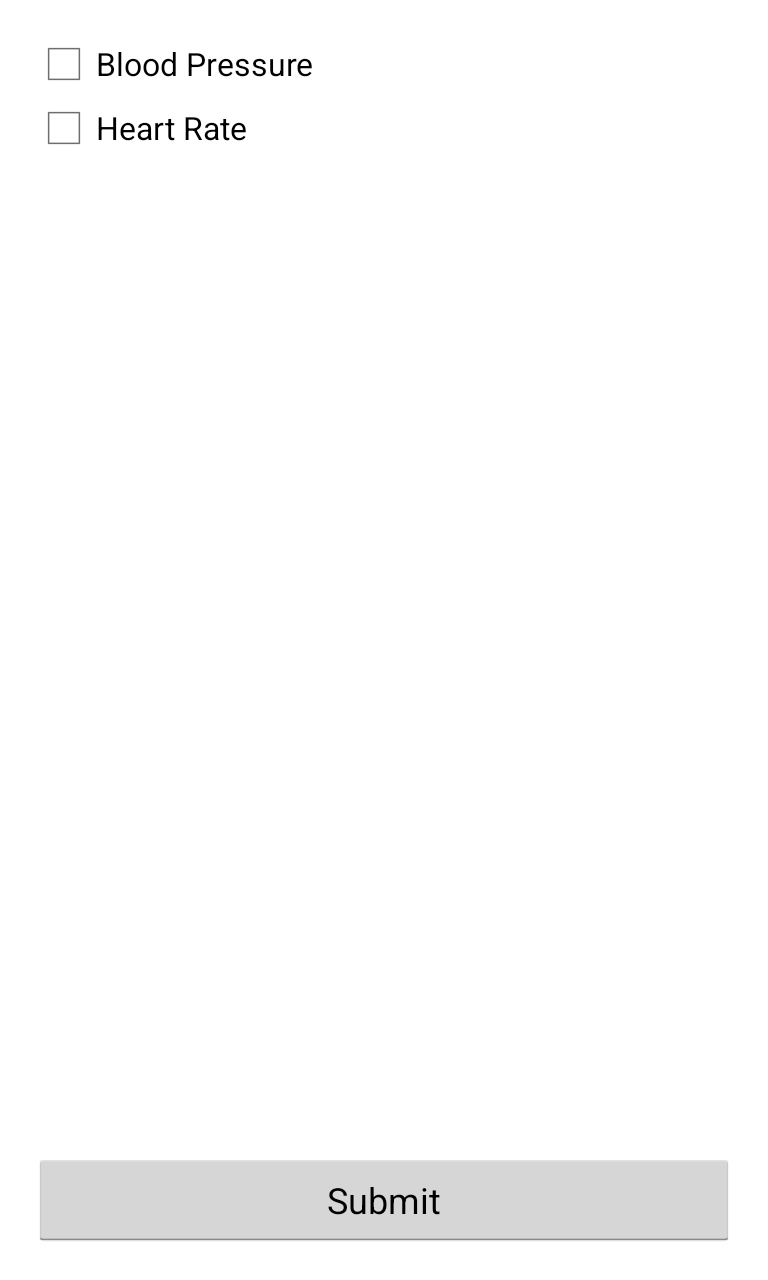
Repository: TigerCheck/TigerCheck
Layout: Android/TigerCheck/res/layout/activity_station_select.xml
These files come from the project's save history. The layout is drawn as it stood at one moment and after the next save; the edit follows.
It is drawn on a 768 x 1280 px phone screen (xhdpi) without system bars, with theme AppTheme; the app's code is not run.

Above is the layout before, as saved 2014-03-30 21:51:59.

### Android/TigerCheck/res/layout/activity_station_select.xml
<RelativeLayout xmlns:android="http://schemas.android.com/apk/res/android"
    xmlns:tools="http://schemas.android.com/tools"
    android:layout_width="fill_parent"
    android:layout_height="fill_parent"
    android:orientation="horizontal"
    android:paddingBottom="@dimen/activity_vertical_margin"
    android:paddingLeft="@dimen/activity_horizontal_margin"
    android:paddingRight="@dimen/activity_horizontal_margin"
    android:paddingTop="@dimen/activity_vertical_margin"
    tools:context=".StationSelect" >

    <TextView
        android:id="@+id/textView1"
        android:layout_width="wrap_content"
        android:layout_height="wrap_content" />

	<LinearLayout android:id="@+id/EmbeddedLayout"
	    android:layout_width="fill_parent"
	    android:layout_height="fill_parent"
	    android:orientation="vertical" >

    	<CheckBox
        	android:id="@+id/checkbox_blood_pressure"
        	android:layout_width="wrap_content"
        	android:layout_height="wrap_content"
        	android:text="@string/checkbox_blood_pressure"
        	android:onClick="onCheckboxClick"/>

    	<CheckBox
        	android:id="@+id/checkbox_heart_rate"
        	android:layout_width="wrap_content"
        	android:layout_height="wrap_content"
        	android:text="@string/checkbox_heart_rate"
        	android:onClick="onCheckboxClick" />

    </LinearLayout>

    <Button
        android:layout_width="match_parent"
        android:layout_height="wrap_content"
        android:layout_alignParentBottom="true"
        android:gravity="center"
        android:onClick="submitButtonPress"
        android:text="@string/submit_button" />

</RelativeLayout>

### Android/TigerCheck/res/values/strings.xml
<?xml version="1.0" encoding="utf-8"?>
<resources>

    <string name="app_name">TigerCheck</string>
    <string name="action_settings">Settings</string>
    <string name="hello_world">Hello world!</string>
    <string name="welcome_message">Welcome to TigerCheck</string>
    <string name="submit_button">Submit</string>
    <string name="continue_button">Continue</string>
    <string name="title_activity_station_select">StationSelect</string>

    <!-- StationSelect checkbox options -->
    <string name="checkbox_blood_pressure">Blood Pressure</string>
    <string name="checkbox_heart_rate">Heart Rate</string>

</resources>

Loaded but not shown: Android/TigerCheck/res/values/styles.xml (common file); Android/TigerCheck/res/values-v11/styles.xml (common file); Android/TigerCheck/res/values-v14/styles.xml (common file); Android/TigerCheck/res/values/dimens.xml (common file)

After the next save:
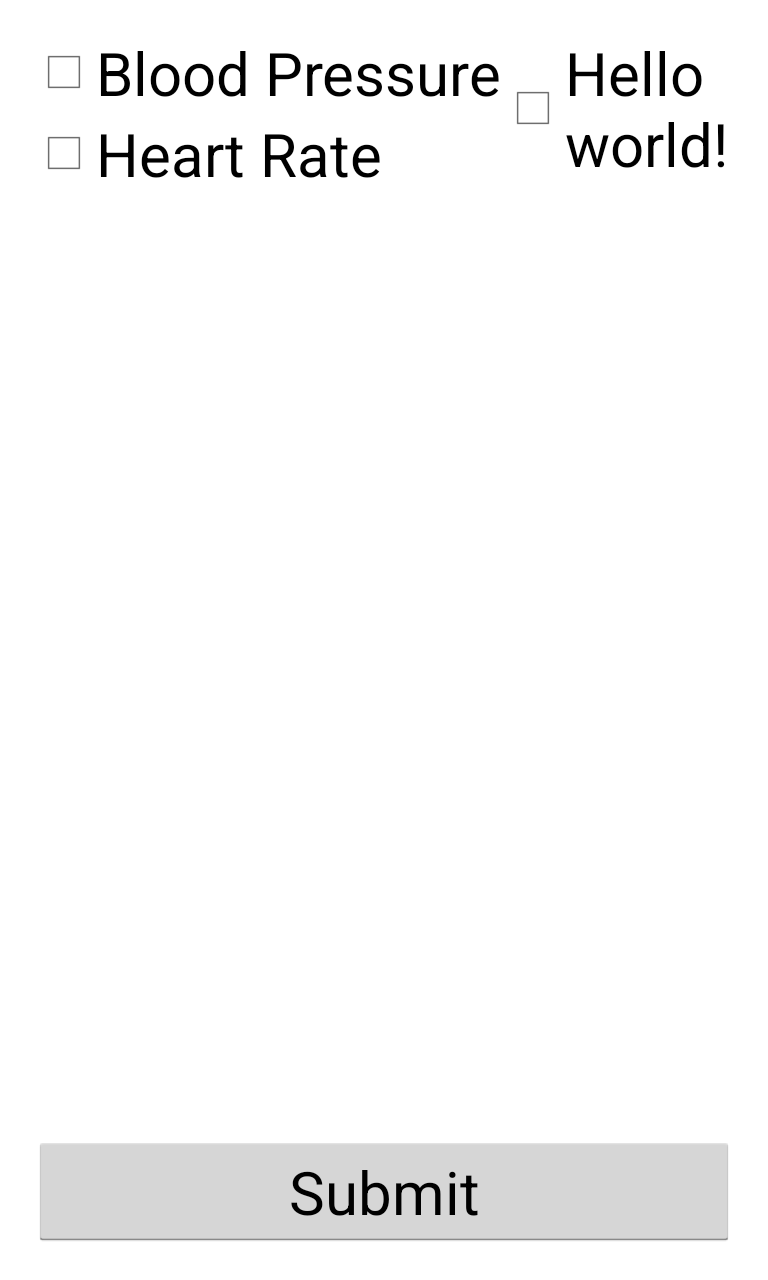
Saved 3 s later.
--- a/Android/TigerCheck/res/layout/activity_station_select.xml
+++ b/Android/TigerCheck/res/layout/activity_station_select.xml
@@ -14,16 +14,16 @@
         android:layout_width="wrap_content"
         android:layout_height="wrap_content" />
 
-	<LinearLayout android:id="@+id/EmbeddedLayout"
-	    android:layout_width="fill_parent"
-	    android:layout_height="fill_parent"
-	    android:orientation="vertical" >
+	<RelativeLayout android:id="@+id/LeftColumnCheckboxes"
+	    android:layout_width="wrap_content"
+	    android:layout_height="wrap_content" >
 
     	<CheckBox
         	android:id="@+id/checkbox_blood_pressure"
         	android:layout_width="wrap_content"
         	android:layout_height="wrap_content"
         	android:text="@string/checkbox_blood_pressure"
+        	android:textSize="30sp"
         	android:onClick="onCheckboxClick"/>
 
     	<CheckBox
@@ -31,9 +31,28 @@
         	android:layout_width="wrap_content"
         	android:layout_height="wrap_content"
         	android:text="@string/checkbox_heart_rate"
+        	android:textSize="30sp"
+        	android:layout_below="@+id/checkbox_blood_pressure"
         	android:onClick="onCheckboxClick" />
 
-    </LinearLayout>
+    </RelativeLayout>
+
+	<RelativeLayout android:id="@+id/RightColumnCheckboxes"
+	    android:layout_width="wrap_content"
+	    android:layout_height="wrap_content"
+	    android:layout_weight="1"
+	    android:layout_toRightOf="@+id/LeftColumnCheckboxes" >
+
+	    <CheckBox
+        	android:id="@+id/checkbox_placeholder"
+        	android:layout_width="wrap_content"
+        	android:layout_height="wrap_content"
+        	android:text="@string/hello_world"
+        	android:textSize="30sp"
+        	android:onClick="onCheckboxClick"/>
+
+
+	</RelativeLayout>
 
     <Button
         android:layout_width="match_parent"
@@ -41,6 +60,7 @@
         android:layout_alignParentBottom="true"
         android:gravity="center"
         android:onClick="submitButtonPress"
-        android:text="@string/submit_button" />
+        android:text="@string/submit_button"
+        android:textSize="30sp" />
 
 </RelativeLayout>
